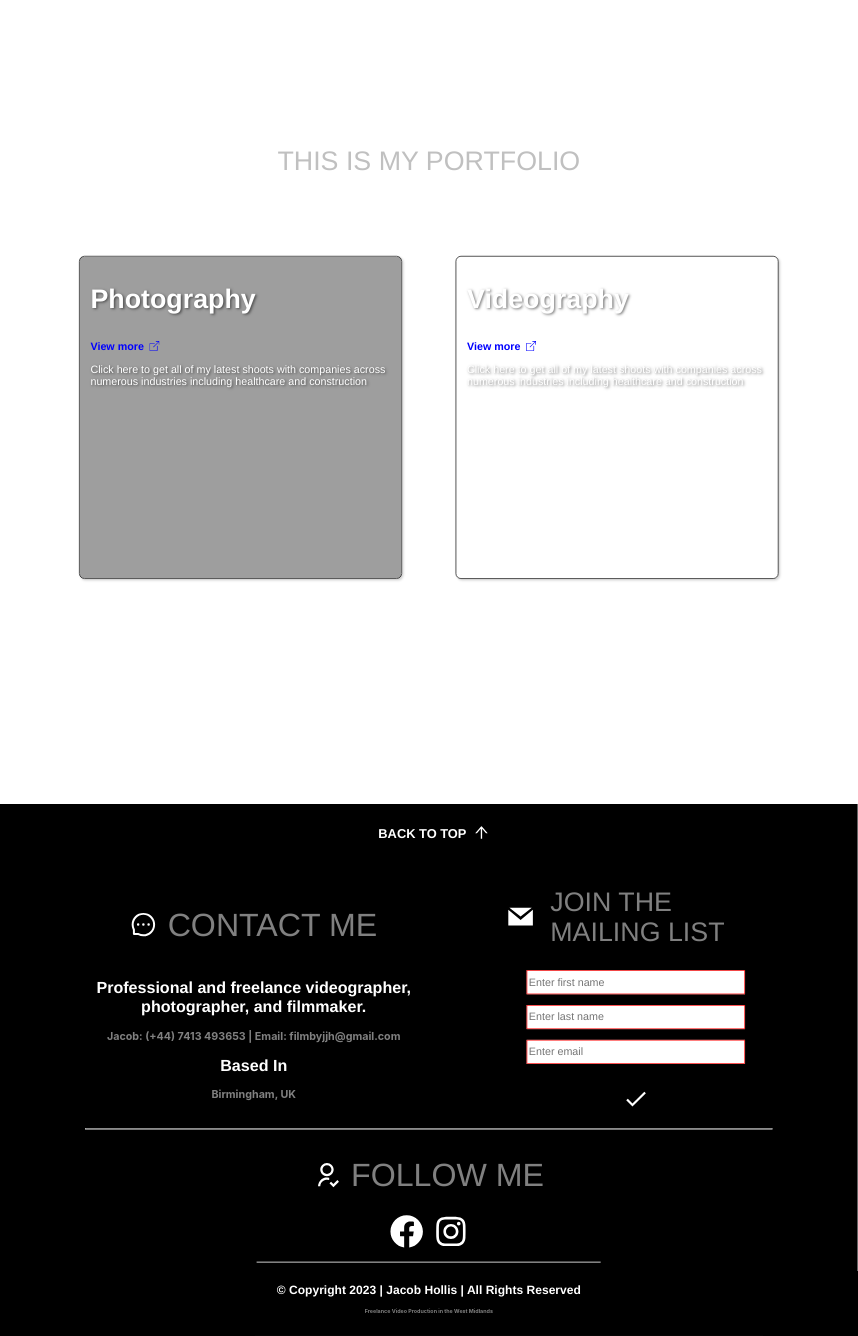
Repository: ThomasMTurner/filmbyjjh-portfolio
Page: /portfolio (app in client/)
An editor plug-in stored every save of this project. The page is shown before and after the next save, followed by the edit.
The browser window is 1280 px wide. The pictures show the whole page, at 67% of full size.
Pictures or frames that could not be fetched are drawn as grey boxes. The project was rebuilt for these pictures with package versions that can differ from the ones it lists, and the page was loaded fresh each time. Also part of the build but not shown: client/vite.config.js, client/src/pages/Components/TagComponents.jsx, client/src/pages/Components/Post.jsx, client/src/pages/Components/SearchBar.jsx, client/src/pages/Updates.jsx, client/src/pages/Contact.jsx, client/src/pages/Components/InitialLogin.jsx, client/src/pages/Home.jsx and 2 more. Imported but missing from the stored project, and not drawn on this page: client/src/pages/Components/Videos/header.mp4, client/src/pages/Components/Videos/portfolio-reel.mp4.

Above is the page before, as saved 2023-10-20 13:06:49.

After the next save:
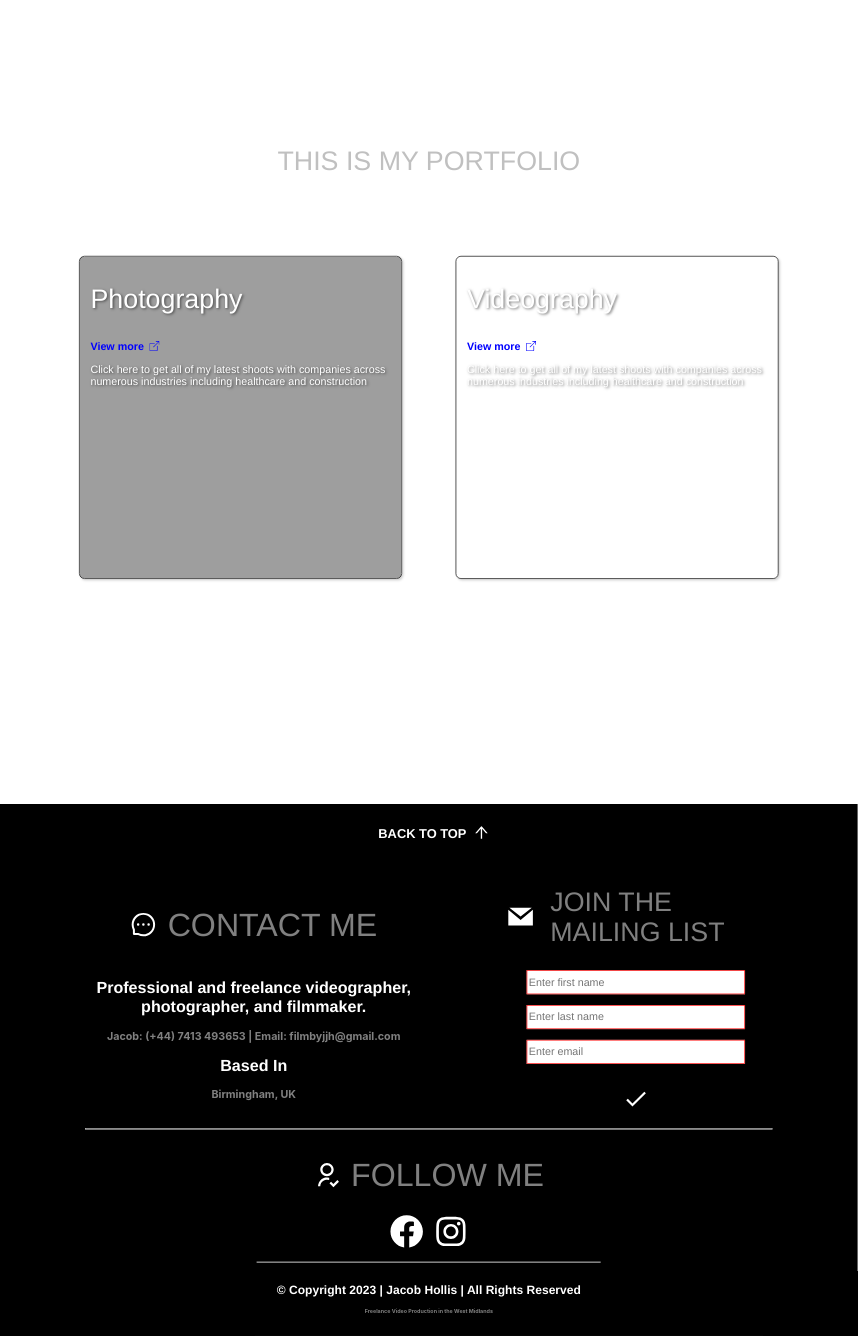
Saved 16 s later.
--- a/client/src/pages/Portfolio.jsx
+++ b/client/src/pages/Portfolio.jsx
@@ -6,7 +6,7 @@
     console.log(props.title.toLowerCase().slice(0, 5))
     return (
         <div className={`portfolio-card portfolio-card-${props.title.toLowerCase()}`}>
-            <p style={{fontFamily:'helvetica', fontWeight:'bold', fontSize:'2.5rem', color:'white'}}>{props.title}</p>
+            <p style={{fontFamily:'helvetica', fontWeight:'200', fontSize:'2.5rem', color:'white'}}>{props.title}</p>
             <button className='portfolio-card-button' type="button" onClick={() => navigate(`/portfolio/${props.title.toLowerCase().slice(0, 5)}`)}>View more <BsBoxArrowUpRight color={'blue'} size={15} /></button>
             <p style={{fontFamily:'helvetica', fontWeight:'200', fontSize:'1rem'}}>{props.desc}</p>
         </div>

After the save that followed:
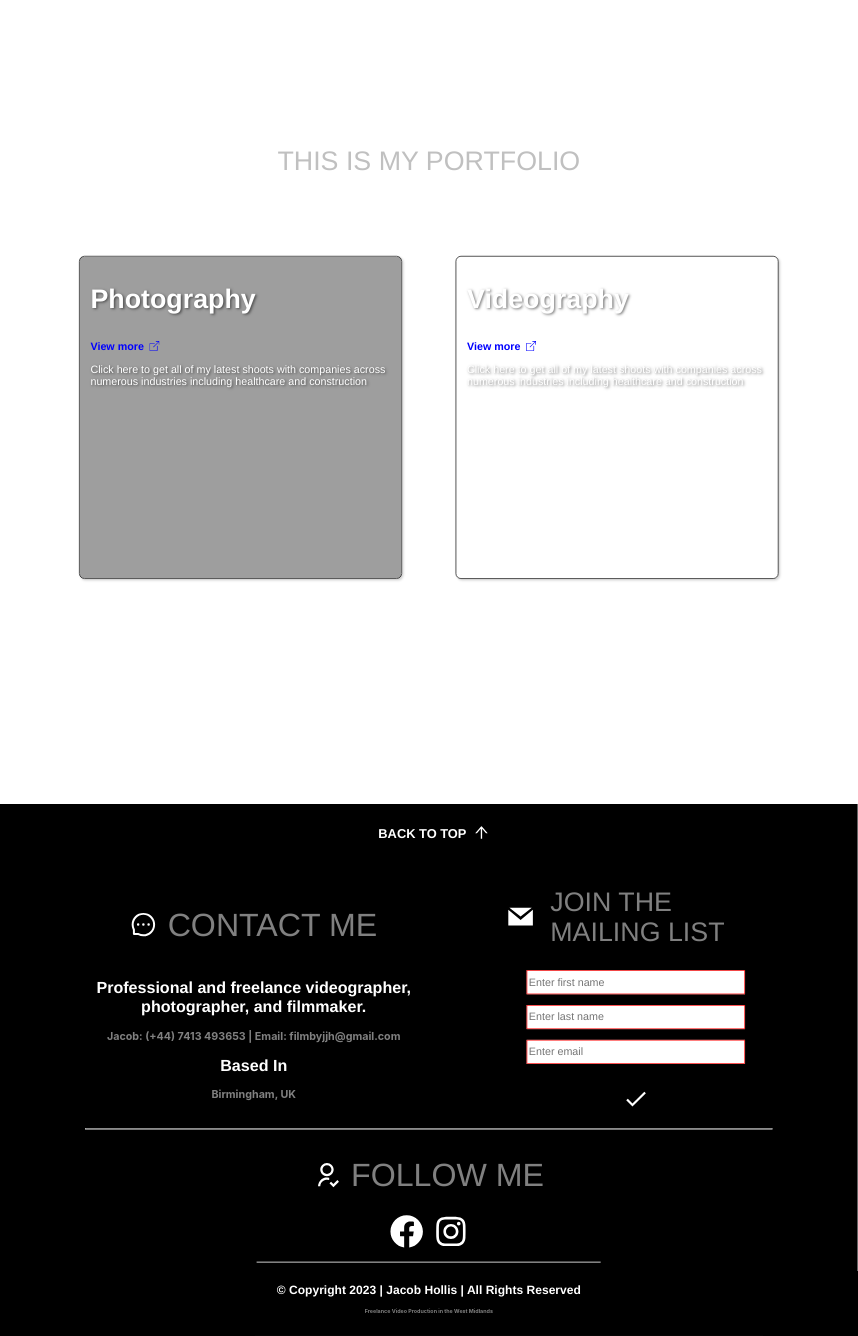
Saved 8 s later.
--- a/client/src/pages/Portfolio.jsx
+++ b/client/src/pages/Portfolio.jsx
@@ -6,7 +6,7 @@
     console.log(props.title.toLowerCase().slice(0, 5))
     return (
         <div className={`portfolio-card portfolio-card-${props.title.toLowerCase()}`}>
-            <p style={{fontFamily:'helvetica', fontWeight:'200', fontSize:'2.5rem', color:'white'}}>{props.title}</p>
+            <p style={{fontFamily:'helvetica', fontWeight:'bold', fontSize:'2.5rem', color:'white'}}>{props.title}</p>
             <button className='portfolio-card-button' type="button" onClick={() => navigate(`/portfolio/${props.title.toLowerCase().slice(0, 5)}`)}>View more <BsBoxArrowUpRight color={'blue'} size={15} /></button>
             <p style={{fontFamily:'helvetica', fontWeight:'200', fontSize:'1rem'}}>{props.desc}</p>
         </div>
